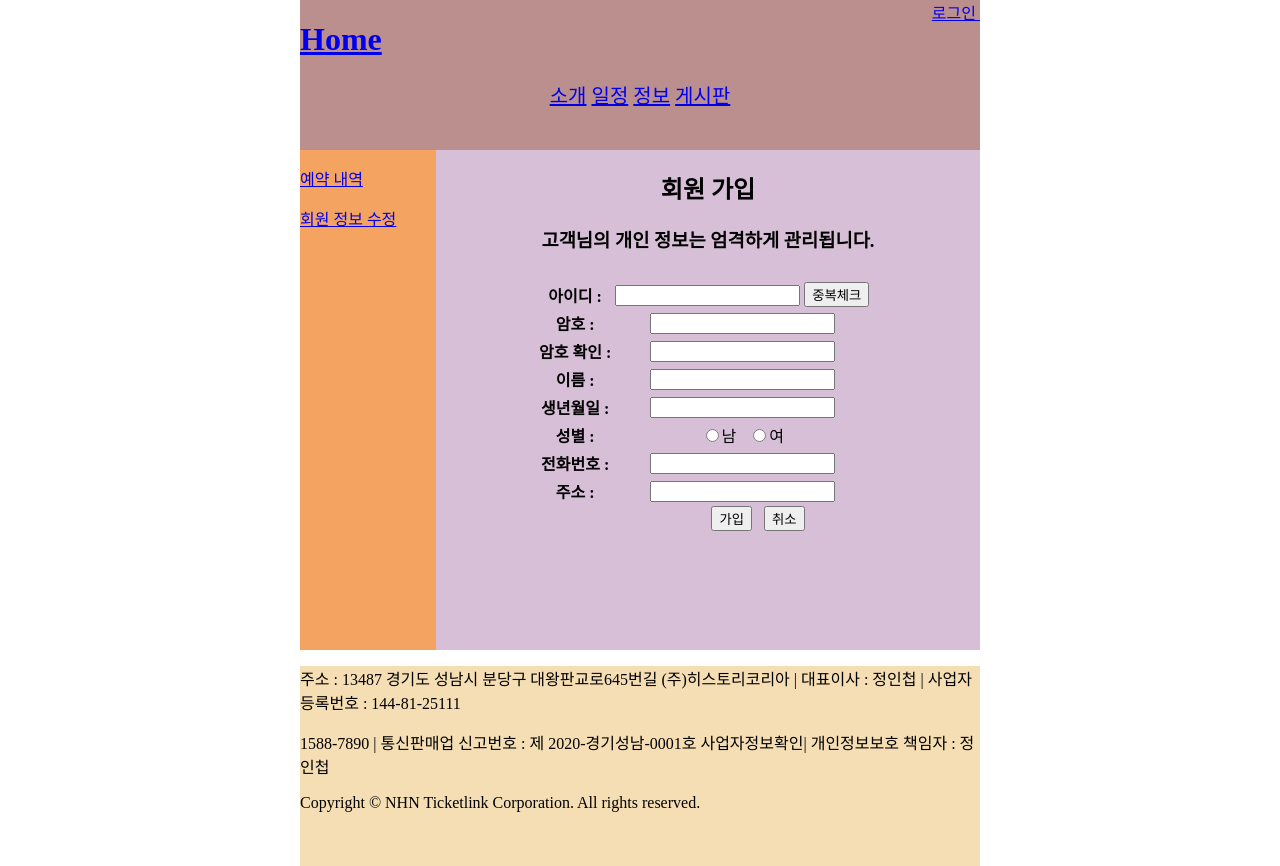
Repository: dlscjq34/JSP_historyTour
Page: http://localhost/HistoryTour/WEB-INF/views/member/joinMember.jsp
The author's editor kept a copy of each file at every save. The page is drawn from the files as they stood at one save, then again after the next save.
The browser window is 1280 px wide. The pictures show the whole page.
The page is served by Tomcat 9. Nobody is signed in. Other server files are loaded and not shown. The template is opened directly, without the code that normally fills it, so the values that code supplies are empty.

Above is the page before, as saved 2020-12-21 03:50:21.

### HistoryTour/WebContent/WEB-INF/views/member/joinMember.jsp
<%@ page language="java" contentType="text/html; charset=UTF-8"
    pageEncoding="UTF-8"%>
<!DOCTYPE html>
<html lang="en">
<head>
    <jsp:include page="/WEB-INF/views/include/head.jsp" />
    <link rel="stylesheet" href="css/joinMember.css">
</head>
<body>
    <!-- <header> -->
    <jsp:include page="/WEB-INF/views/include/header.jsp" />


    <!-- center = <aside> + <article> -->
    <div class="center">
        <aside>
            <p><a href="ticket.do">예약 내역</a></p>
            <p><a href="editMember.do">회원 정보 수정</a></p>
        </aside>


        <article>
         <h1>회원 가입</h1>
                    <h3>고객님의 개인 정보는 엄격하게 관리됩니다.</h3>
                <form action="joinMemberPro.do" method="post" name="frm" onsubmit="return lenCheck()">

                    <table>
	               		<tr>
	               			<th>아이디 :
	               			<td><input type="text" name="id" id="id" />
	               				<input type="button" onclick="dupCheck()" value="중복체크">
	               		</tr>
	               		<tr>
	               			<th>암호 :
	               			<td><input type="password" name="pswd1" id="pswd1" required/>
	               		</tr>
	               		<tr>
	               			<th>암호 확인 :
	               			<td><input type="password" name="pswd2" id="pswd2" required onkeyup="pwCheck()"/>
	               				<span id="pwStatus"></span>
	               		</tr>
	               		<tr>
	               			<th>이름 :
	               			<td><input type="text" name="name" id="name" required/>
	               		</tr>
	               		<tr>
	               			<th>생년월일 :
	               			<td><input type="text" name="birth" id="birth" required/>
	               		</tr>
	               		<tr>
	               			<th>성별 :
	               			<td><input type="radio" name="gender" id="man" value="1" required />남 &nbsp;
	               				<input type="radio" name="gender" id="woman" value="2" required />여
	               		</tr>
	               		<tr>
	               			<th>전화번호 :
	               			<td><input type="text" name="tel" id="tel" required>
	               		</tr>
	               		<tr>
	               			<th>주소 :
	               			<td><input type="text" name="address" id="address" required>
	               		</tr>
               		</table>
                <input type="submit" name="enroll" class="enroll" value="가입"> &nbsp;
                <input type="reset" value="취소">
                </form>
        </article>
    </div>


    <!-- <footer> -->
    <jsp:include page="/WEB-INF/views/include/footer.jsp" />

</body>

<script>
	function dupCheck() {
		let id = document.frm.id.value;
		if(id == '') {
			alert("아이디를 입력하세요");
			document.frm.id.focus();
			return;
		}
		window.open('joinCheck.do?id='+id, 'joinCheck', 'width=600, height=300');
	}

	function lenCheck() {
		let id = document.frm.id.value.trim();

		if(!(id.length >= 3 && id.length <=12)) {
			alert("아이디는 3에서 12글자만 입력 가능합니다.");
			document.frm.id.select();
			return false;
		}
	}

	function pwCheck() {
		pw1 = document.frm.pswd1.value;
		pw2 = document.frm.pswd2.value;
		pwStatus = document.getElementById("pwStatus");

		if(pw1 == pw2) {
			pwStatus.innerHTML = "패스워드 확인";
			pwStatus.style.color = "blue"
		}
		else {
			pwStatus.innerHTML = "패스워드 틀림";
			pwStatus.style.color = "red"
		}
	}

/* 	<tr>
		<th>암호 :
		<td><input type="password" name="pswd1" id="pswd1" required/>
	</tr>
	<tr>
		<th>암호 확인 :
		<td><input type="password" name="pswd2" id="pswd2" required onkeyup="pwCheck()"/>
			<span class="pwStatus"></span>
	</tr> */
</script>

</html>

### HistoryTour/WebContent/WEB-INF/views/include/head.jsp
<%@ page language="java" contentType="text/html; charset=UTF-8"
    pageEncoding="UTF-8"%>
<meta charset="UTF-8">
<meta name="viewport" content="width=device-width, initial-scale=1.0">
<title>Document</title>
<link rel="stylesheet" href="css/common.css">

### HistoryTour/WebContent/WEB-INF/views/include/header.jsp
<%@ page language="java" contentType="text/html; charset=UTF-8"
    pageEncoding="UTF-8"%>
<%@ taglib prefix="c" uri="http://java.sun.com/jsp/jstl/core" %>
<%
	//쿠키에 아이디가 있으면 세션으로 빼온다.
	Cookie[] cookies = request.getCookies();

	if (cookies != null) {
		for(Cookie cookie : cookies) {
			if(cookie.getName().equals("id")) {
				String id = cookie.getValue();
				session.setAttribute("id", id);
			}
		}
	}

	String id = (String)session.getAttribute("id");
%>

<header>
    <div class="home-line">
        <h1><a href="index.do">Home</a></h1>
        <!-- 세션으로 빼온 아이디가 있으면 -->
<%
			if (id != null) {
%>
        		${ id } 님 반갑습니다.&nbsp;
        		<a href="myPage.do">마이페이지</a>&nbsp;
        		<a href="logoutPro.do">로그아웃</a>
<%
			} else {
%>
        	<!-- 세션으로 빼온 아이디가 없으면 -->
        		 <a href="login.do">로그인&nbsp;</a>
<%
			}
%>

    </div>
    <div class="menu">
        <a href="intro.do">소개</a>
        <a href="schedule.do">일정</a>
        <a href="information.do">정보</a>
        <a href="board.do">게시판</a>
    </div>
</header>

### HistoryTour/WebContent/WEB-INF/views/include/footer.jsp
<%@ page language="java" contentType="text/html; charset=UTF-8"
    pageEncoding="UTF-8"%>
<footer>
    <p>주소 : 13487 경기도 성남시 분당구 대왕판교로645번길 (주)히스토리코리아 | 대표이사 : 정인첩 | 사업자등록번호 : 144-81-25111</p>
    <p>1588-7890 |  통신판매업 신고번호 : 제 2020-경기성남-0001호 사업자정보확인| 개인정보보호 책임자 : 정인첩</p>
    <p>Copyright © NHN Ticketlink Corporation. All rights reserved.</p>
</footer>

### HistoryTour/WebContent/css/common.css
body {
  grid-template-columns: 1fr 1fr;
  box-sizing: border-box;
  margin: 0 300px;
}

/* header ----------------------------------------------- */

header {
  background: rosybrown;
  height: 150px;
}
header .home-line {
  display: flex;
}
header .home-line h1 {
  flex: 1;
}
header .menu {
  text-align: center;
  font-size: 20px;
}

/* <aside> <article> ----------------------------------------------- */

.center {
  display: flex;
  height: 500px;
  background: turquoise;
}
.center aside {
  background: sandybrown;
  flex: 2;
}
.center article {
  background: thistle;
  flex: 8;
  text-align: center;
}


/* footer ----------------------------------------------- */

footer {
  background: wheat;
  height: 200px;
}

### HistoryTour/WebContent/css/joinMember.css


.center article form  {
  position: relative;
  margin-top: 5%;
  margin-left: 100px;
  /* width: 100px;
  font-size: 20px; */
}

After the next save:
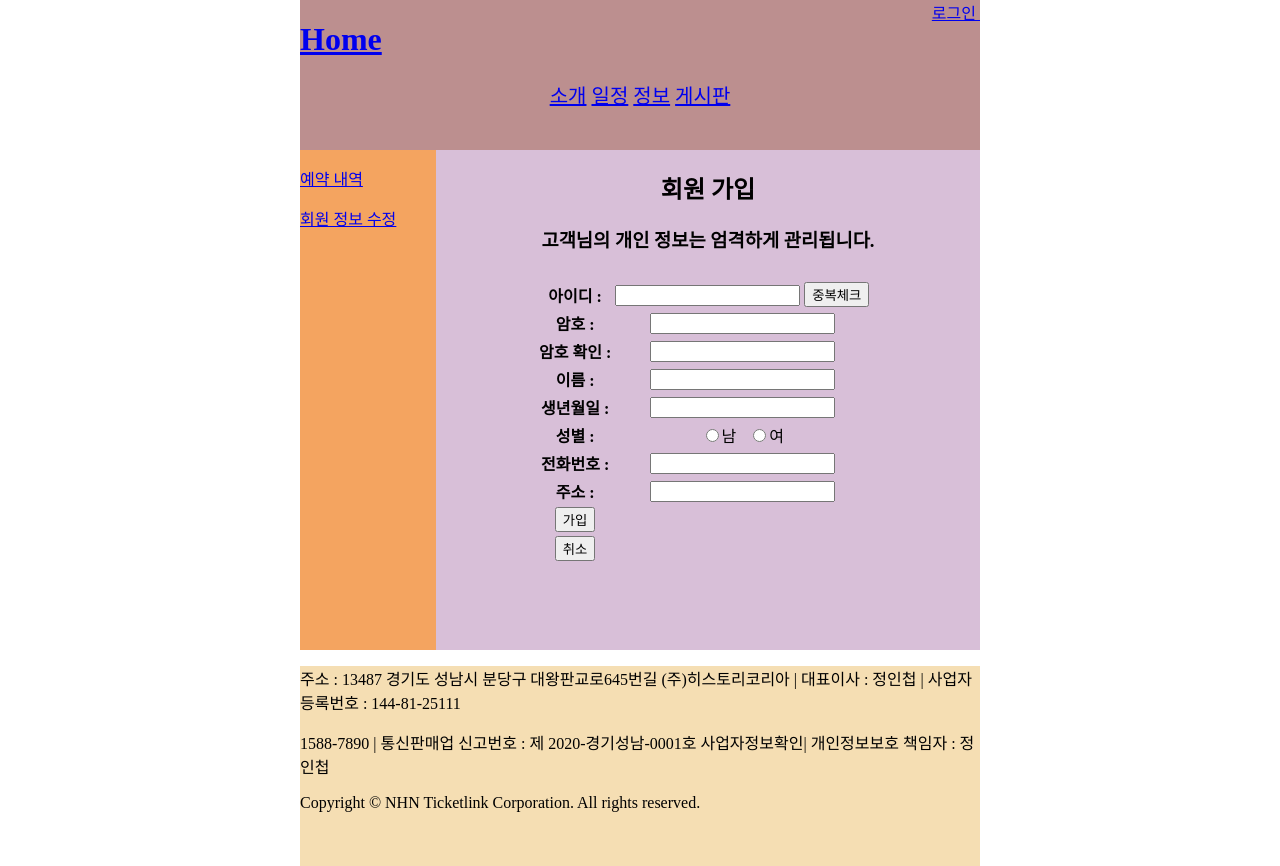
Saved 118 s later.
--- a/HistoryTour/WebContent/WEB-INF/views/member/joinMember.jsp
+++ b/HistoryTour/WebContent/WEB-INF/views/member/joinMember.jsp
@@ -60,9 +60,15 @@
 	               			<th>주소 :
 	               			<td><input type="text" name="address" id="address" required>
 	               		</tr>
+	               		<tr>
+	               			<td><input type="submit" name="enroll" class="enroll" value="가입"></td>
+	               		</tr>
+	               		<tr>
+	               			<td><input type="reset" value="취소"></td>
+	               		</tr>
                		</table>
-                <input type="submit" name="enroll" class="enroll" value="가입"> &nbsp;
-                <input type="reset" value="취소">
+
+
                 </form>
         </article>
     </div>
